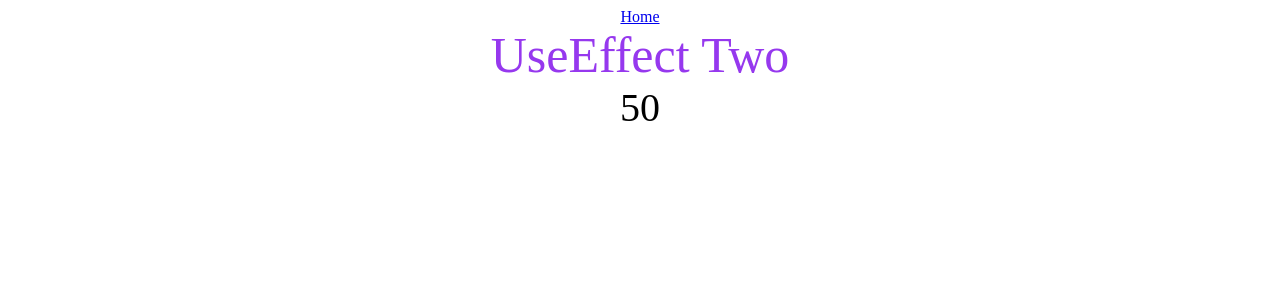
Repository: KanaKimishima/carousel
Page: /useEffectTwo
An editor plug-in stored every save of this project. The page is shown before and after the next save, followed by the edit.
The browser window is 1280 px wide. The pictures show the whole page.
The project was rebuilt for these pictures with package versions that can differ from the ones it lists, and the page was loaded fresh each time. The framework's server and built-in components were replaced by stand-ins that run in the browser. Also part of the build but not shown: next.config.js.

Above is the page before, as saved 2023-02-21 01:04:41.

After the next save:
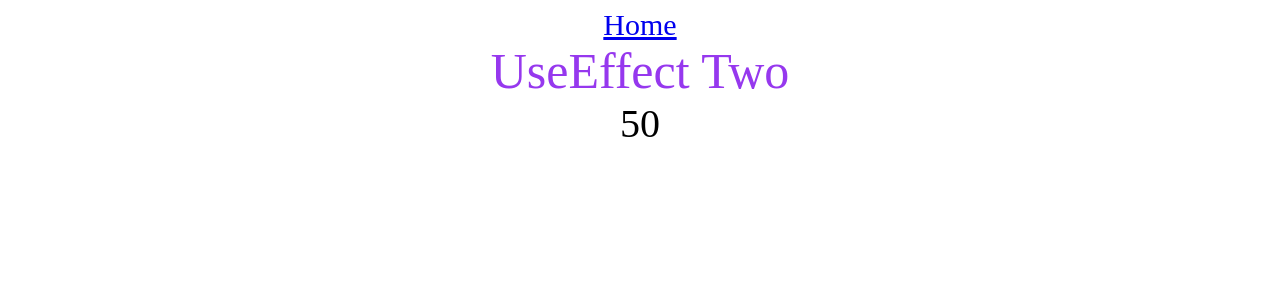
Saved 4 s later.
--- a/styles/UseEffectTwo.module.css
+++ b/styles/UseEffectTwo.module.css
@@ -1,6 +1,6 @@
 .main {
     text-align: center;
-    font-size: ;
+    font-size: 30px;
 }
 
 .heading {
